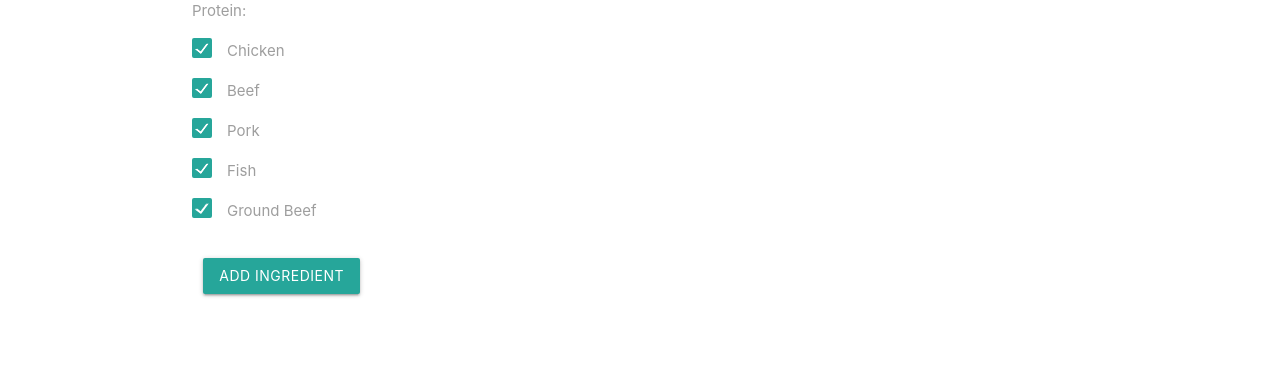
Repository: Aaron-R-Carter/Project1
Page: prototype.html
These files come from the project's save history. The page is drawn as it stood at one moment and after a run of saves; the edit follows.
The browser window is 1280 px wide. The pictures show the whole page.

Above is the page before, as saved 2019-10-31 22:57:19.
Console error: SyntaxError: Unexpected token '<'

### prototype.html
<!DOCTYPE html>
<html>

<head>
    <!--Import Google Icon Font-->
    <link href="https://fonts.googleapis.com/icon?family=Material+Icons" rel="stylesheet">
    <!--Import materialize.css-->
    <link rel="stylesheet" href="https://cdnjs.cloudflare.com/ajax/libs/materialize/1.0.0/css/materialize.min.css">
    <link rel="stylesheet" href="./prototype.css">
    <!--Let browser know website is optimized for mobile-->
    <meta name="viewport" content="width=device-width, initial-scale=1.0" />

</head>

<body>

    <div class="container">
        <div id="check-box" class="row">
            <label type="text" class="label">Protein:</label>
            <form action="#">
                <p>
                    <label>
                        <input type="checkbox" class="filled-in" checked="checked" />
                        <span>Chicken</span>
                    </label>
                </p>
                <p>
                    <label>
                        <input type="checkbox" class="filled-in" checked="checked" />
                        <span>Beef</span>
                    </label>
                </p>
                <p>
                    <label>
                        <input type="checkbox" class="filled-in" checked="checked" />
                        <span>Pork</span>
                    </label>
                </p>
                <p>
                    <label>
                        <input type="checkbox" class="filled-in" checked="checked" />
                        <span>Fish</span>
                    </label>
                </p>
                <p>
                    <label>
                        <input type="checkbox" class="filled-in" checked="checked" />
                        <span>Ground Beef</span>
                    </label>
                </p>
            </form>
        </div>

        <form id="ingredient-add-btn" class="row">

            <!-- Button will trigger new ingredient to be added -->
            <div class="col s 12">
                <input id="add " class="btn btn-primary mb-2" type="submit" value="add ingredient">
            </div>
        </form>


        <div id="ingredient-view-button"></div>

    </div>



    <script src="https://code.jquery.com/jquery-3.4.1.min.js"
        integrity="sha256-CSXorXvZcTkaix6Yvo6HppcZGetbYMGWSFlBw8HfCJo=" crossorigin="anonymous"></script>
    <script src="https://cdnjs.cloudflare.com/ajax/libs/materialize/1.0.0/js/materialize.min.js"></script>
    <script src="./script.js"></script>

</body>

</html>

### prototype.css
#form-page {
    width: 100%;
    height: 200px;
    border: 2px solid black;
}
.label {
    font-size: 15px;
}
#ingredient-input {
    width: 100%;
    height: 200px;
    border: 2px solid black;
}

### script.js

    <div id="left-box">
    <form id="ingredient-form">
        <label for="ingredient-input">List of Ingredients:</label>
        <br>
        <input type="text" id="ingredient-input" placeholder="Ingredients">

        <!-- Button will trigger new ingredients to be added -->
        <input id="add " class="btn btn-primary mb-2" type="submit" value="Add a zipcode">
    </form>

    <div id="zipcode-view"></div>
</div>

After the next 2 saves:
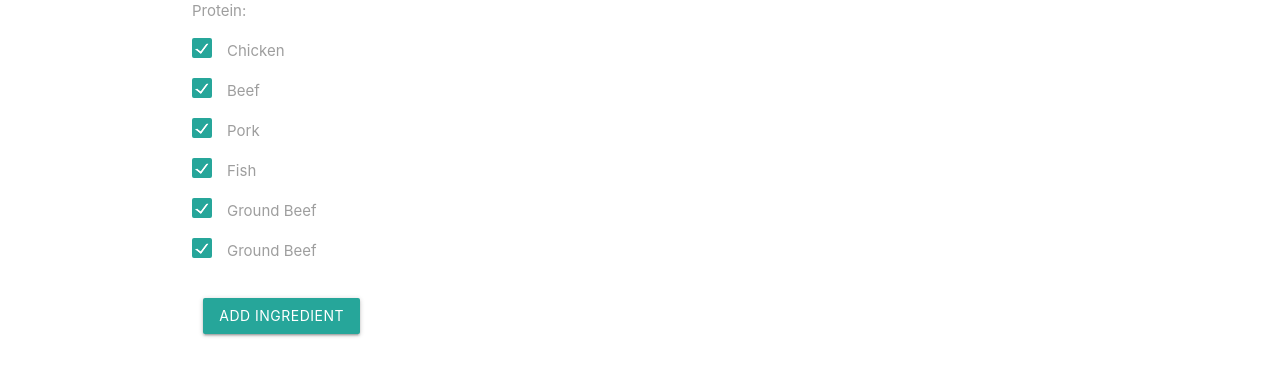
The 2 saves are shown as one change because they came seconds apart.
The last was saved 40 s later.
--- a/prototype.html
+++ b/prototype.html
@@ -48,6 +48,12 @@
                         <span>Ground Beef</span>
                     </label>
                 </p>
+                <p>
+                        <label>
+                            <input type="checkbox" class="filled-in" checked="checked" />
+                            <span>Ground Beef</span>
+                        </label>
+                    </p>
             </form>
         </div>
 
